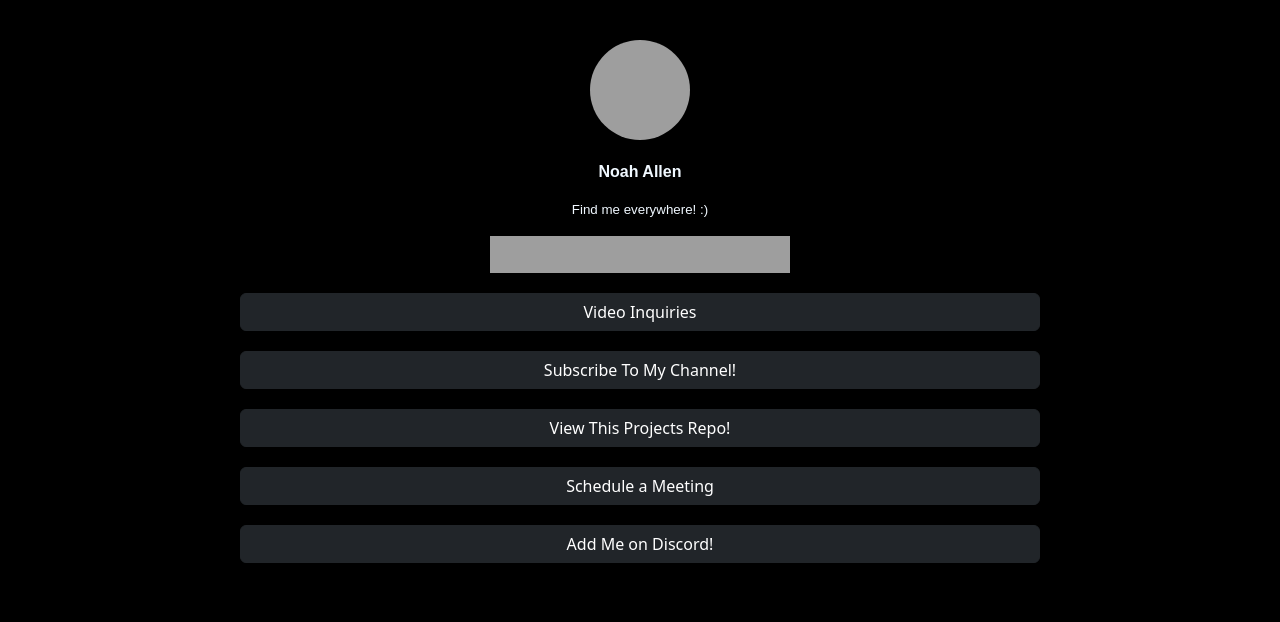
Repository: noahcallen/LAB-link-in-bio
Page: index.html
These files come from the project's save history. The page is drawn as it stood at one moment and after the next save; the edit follows.
The browser window is 1280 px wide. The pictures show the whole page.
Pictures or frames that could not be fetched are drawn as grey boxes.

Above is the page before, as saved 2024-07-13 13:57:14.

### index.html
<!DOCTYPE html>
<html lang="en">
<head>
  <meta charset="UTF-8">
  <meta name="viewport" content="width=device-width, initial-scale=1.0">
  <title>Link In Bio</title>
  <link href="https://cdn.jsdelivr.net/npm/bootstrap@5.3.3/dist/css/bootstrap.min.css" rel="stylesheet" integrity="sha384-QWTKZyjpPEjISv5WaRU9OFeRpok6YctnYmDr5pNlyT2bRjXh0JMhjY6hW+ALEwIH" crossorigin="anonymous">
  <link rel="stylesheet" href="main.css">
</head>
<body>

  <div class="container">
      <img src="https://avatars.githubusercontent.com/u/136144179?v=4" class="card-img-top" >
      <!-- Text  -->
      <div class="name">
        <p>Noah Allen</p>
      </div>
      <div class="message">
        <p>Find me everywhere! :)</p>
      </div>
      <!-- End Text  -->

      <!-- Start Social Links -->
       <div class="socials">
        <img src="https://encrypted-tbn0.gstatic.com/images?q=tbn:ANd9GcR8ALE7oHkCVQW__BqksKPvfOMVRld6PdFwwkGmH8uDJ3YEy_ublWKWsEdTTQjP0spD8q0&usqp=CAU" alt="" width="50px">
        <img src="https://encrypted-tbn0.gstatic.com/images?q=tbn:ANd9GcSZE04GAOT6LgF5lVla1uWH3ayJ8zGBKlIE1A&s" alt="" width="50px">
        <img src="https://uxwing.com/wp-content/themes/uxwing/download/brands-and-social-media/youtube-app-white-icon.png" alt="" width="50px">
        <img src="https://uxwing.com/wp-content/themes/uxwing/download/brands-and-social-media/tiktok-round-white-icon.png" alt="" width="50px">
        <img src="https://encrypted-tbn0.gstatic.com/images?q=tbn:ANd9GcSdWgDleYaMDY3x_ejUUS-83F7dAkAAd9ucXQ&s" alt="" width="50px">
        <img src="https://static.vecteezy.com/system/resources/thumbnails/019/874/344/small/instagram-apps-icon-free-png.png" alt="" width="50px">

       </div>
    <div class="row">
      <div class="col">
        <button type="button" class="btn btn-dark">Video Inquiries</button>
        <button type="button" class="btn btn-dark">Subscribe To My Channel!</button>
        <button type="button" class="btn btn-dark">View This Projects Repo!</button>
        <button type="button" class="btn btn-dark">Schedule a Meeting</button>
        <button type="button" class="btn btn-dark">Add Me on Discord!</button>
      </div>
    </div>
  </div>






  <script src="main.js"></script>
  <script src="https://cdn.jsdelivr.net/npm/bootstrap@5.3.3/dist/js/bootstrap.bundle.min.js" integrity="sha384-YvpcrYf0tY3lHB60NNkmXc5s9fDVZLESaAA55NDzOxhy9GkcIdslK1eN7N6jIeHz" crossorigin="anonymous"></script>

</body>
</html>

### main.css
body {
  background-color:black;
}

.container {
  display: flex;
  flex-direction: column;
  align-items: center;
  padding: 40px;
}
.card-img-top {
  border-radius: 50%;
  height: 100px;
  width: 100px;
  margin-bottom: 20px;
}

.btn {
  display: flex;
  justify-content: space-around;
  text-align: center;
  margin: 20px;
  padding-left: 250px;
  padding-right: 250px;
  width: 800px;
}

.name {
  color: aliceblue;
  font-weight: bold;
  font-family: Arial, Helvetica, sans-serif;
}

.message {
  color: aliceblue;
  font-family: Arial, Helvetica, sans-serif;
  font-size: smaller;
}

.socials {
  display: flex;
  justify-content: center;
  padding-inline: 10px;
}

Loaded but not shown: main.js (common file)

After the next save:
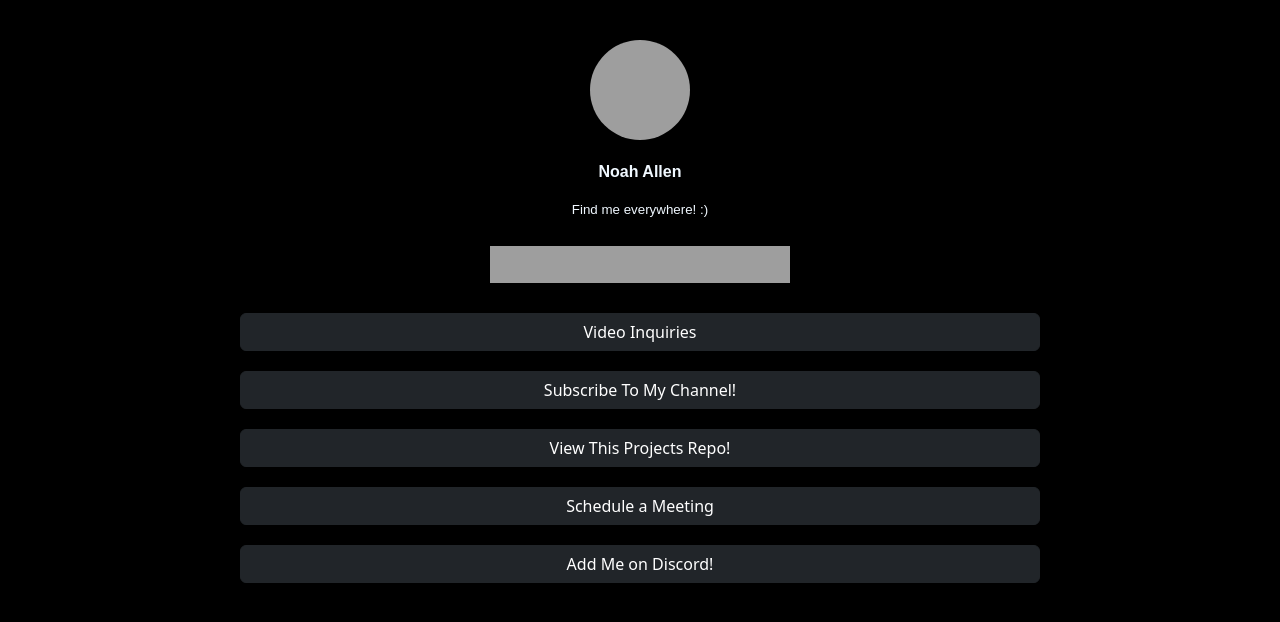
Saved 11 s later.
--- a/main.css
+++ b/main.css
@@ -40,5 +40,5 @@
 .socials {
   display: flex;
   justify-content: center;
-  padding-inline: 10px;
+  padding: 10px;
 }

After the save that followed:
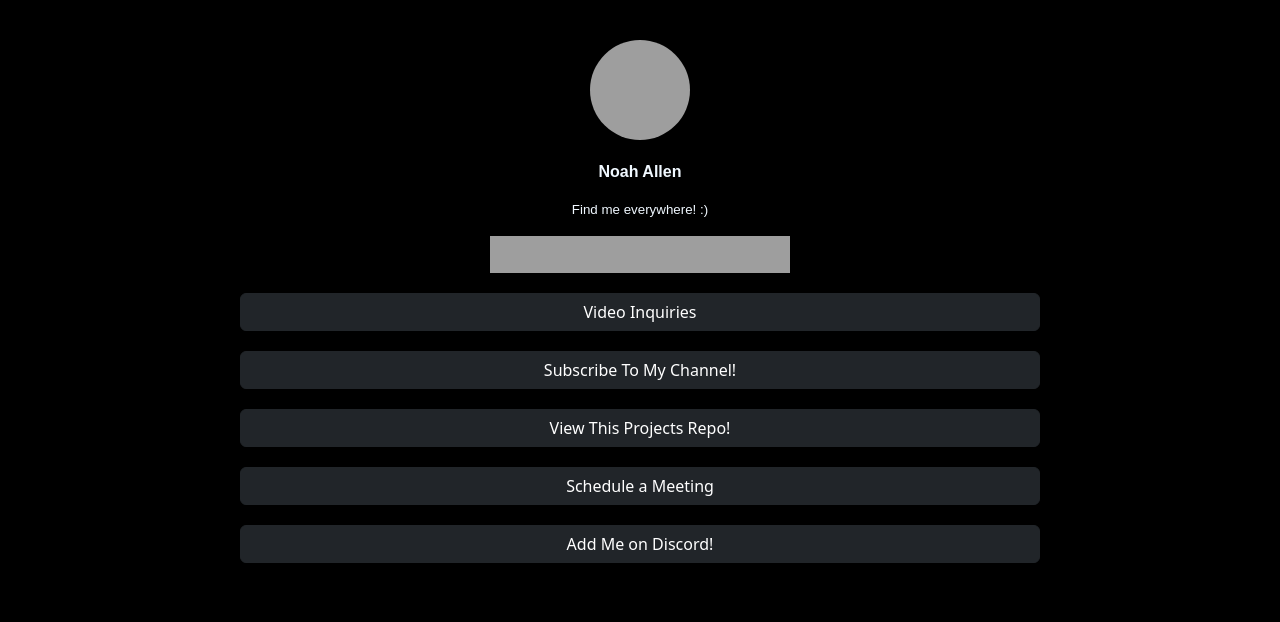
Saved 30 s later.
--- a/main.css
+++ b/main.css
@@ -40,5 +40,6 @@
 .socials {
   display: flex;
   justify-content: center;
-  padding: 10px;
+  padding-left: 25px;
+  padding-right: 25px;
 }
